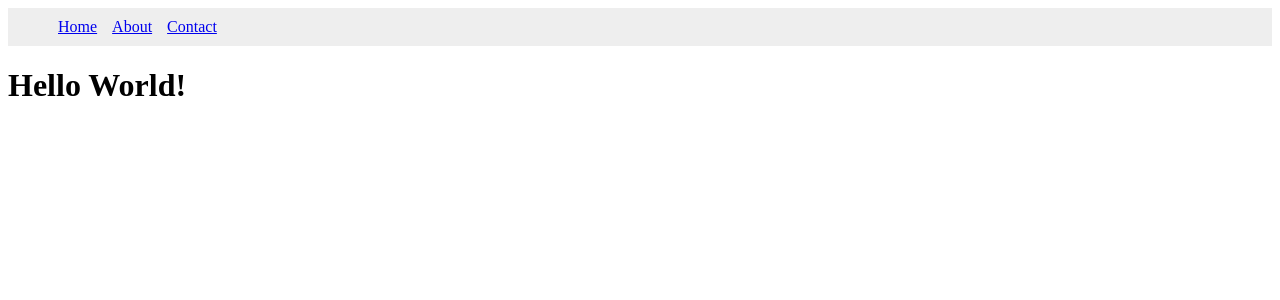
Repository: AuthnSapuarachchi/AF-Lab-08
Page: /
These files come from the project's save history. The page is drawn as it stood at one moment and after the next save; the edit follows.
The browser window is 1280 px wide. The pictures show the whole page.
The project was rebuilt for these pictures with package versions that can differ from the ones it lists, and the page was loaded fresh each time. Also part of the build but not shown: vite.config.js, src/index.css, src/App.css.

Above is the page before, as saved 2026-05-01 23:23:34.

### index.html
<!doctype html>
<html lang="en">
  <head>
    <meta charset="UTF-8" />
    <link rel="icon" type="image/svg+xml" href="/favicon.svg" />
    <meta name="viewport" content="width=device-width, initial-scale=1.0" />
    <title>lab-01</title>
  </head>
  <body>
    <div id="root"></div>
    <script type="module" src="/src/main.jsx"></script>
  </body>
</html>

### src/App.jsx
import './App.css'
import Greeting from './components/Greeting'
import NavBar from './components/NavBar'

function App() {

  return (
    <>
      <NavBar />
      <Greeting />
    </>
  )
}

export default App

### src/components/Greeting.jsx
function Greeting() {
  return (
    <div>
      <h1>Hello World!</h1>
    </div>
  );
}

export default Greeting;

### src/components/NavBar.jsx
function NavBar() {
  return (
    <nav style={{ padding: '10px', backgroundColor: '#eee' }}>
      <ul style={{ listStyleType: 'none', display: 'flex', gap: '15px', margin: 0 }}>
        <li><a href="#home">Home</a></li>
        <li><a href="#about">About</a></li>
        <li><a href="#contact">Contact</a></li>
      </ul>
    </nav>
  );
}

export default NavBar;

### src/components/Footer.jsx
function Footer() {
  return (
    <footer style={{ marginTop: '20px', padding: '10px', backgroundColor: '#ccc' }}>
      <p>&copy; 2026 My React App. All rights reserved.</p>
      <div>
        <a href="#facebook" style={{ marginRight: '10px' }}>Facebook</a>
        <a href="#twitter">Twitter</a>
      </div>
    </footer>
  );
}

export default Footer;

Loaded but not shown: src/main.jsx (common file)

After the next save:
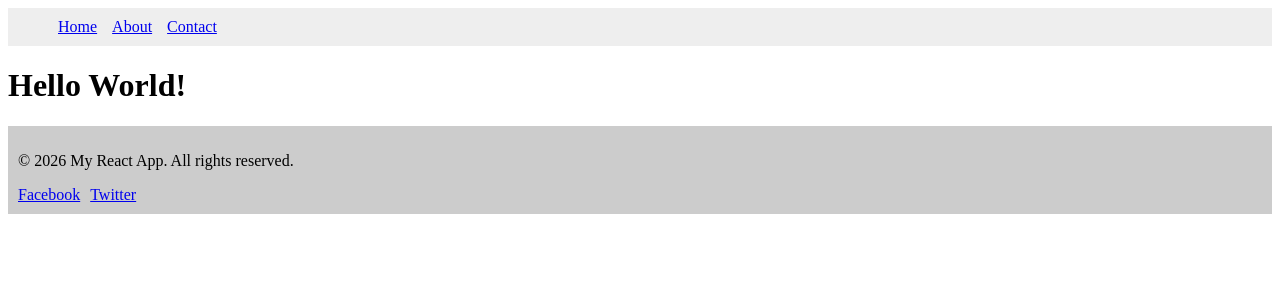
Saved 18 s later.
--- a/src/App.jsx
+++ b/src/App.jsx
@@ -1,6 +1,7 @@
 import './App.css'
 import Greeting from './components/Greeting'
 import NavBar from './components/NavBar'
+import Footer from './components/Footer'
 
 function App() {
 
@@ -8,6 +9,7 @@
     <>
       <NavBar />
       <Greeting />
+      <Footer />
     </>
   )
 }
